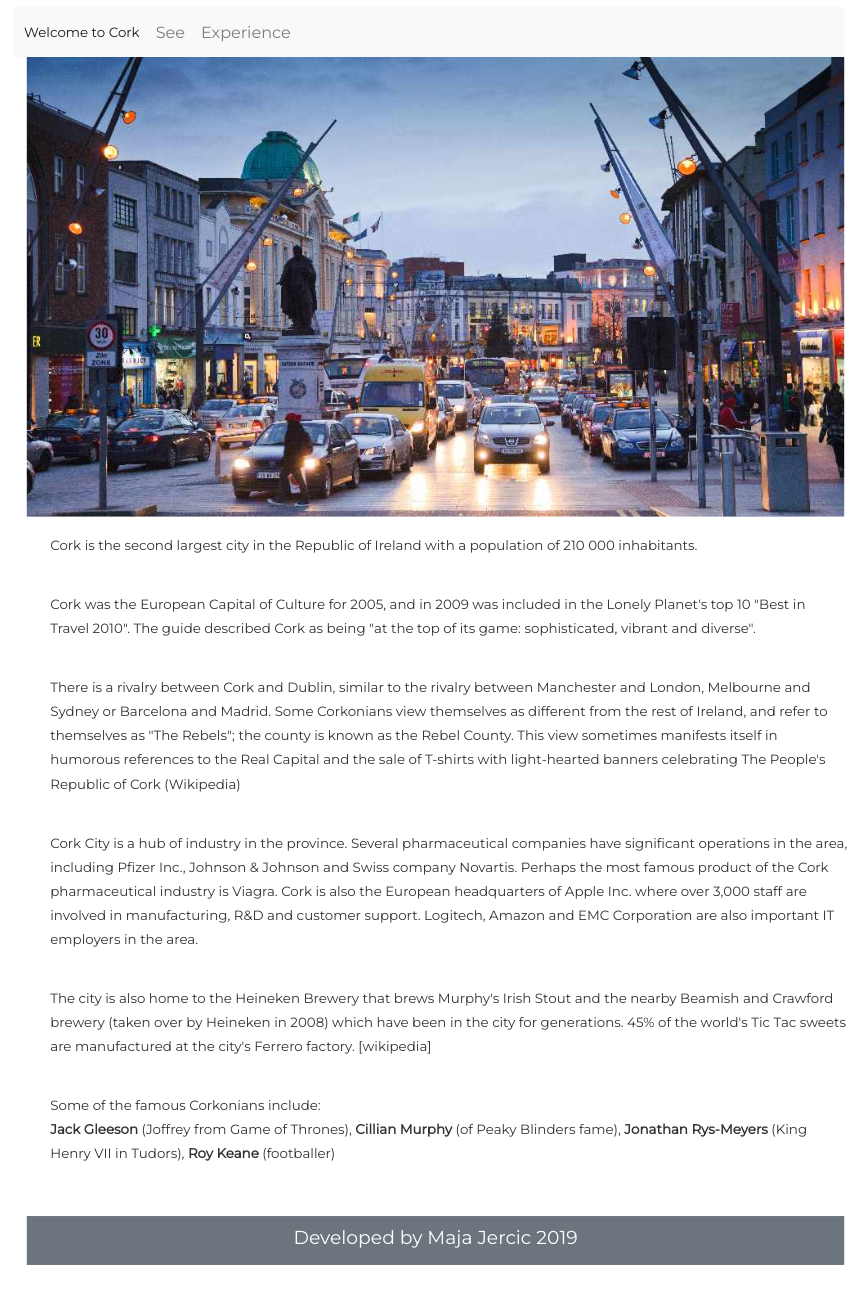
Repository: Maja-Jer/Welcome-to-Cork
Page: index.html
The author's editor kept a record of every edit. The page is drawn from the files as they stood at one moment, then again after the next edit.
The browser window is 1280 px wide. The pictures show the whole page, at 67% of full size.
Some web libraries are served in a nearby version.

Above is the page before.
Console error: TypeError: Cannot read properties of undefined (reading 'fn')

### index.html
<!DOCTYPE html>
<html lang="en">

<head>
    <meta charset="UTF-8">
    <meta name="viewport" content="width=device-width, initial-scale=1">
    <meta http-equiv="X-UA-Compatible" content="ie=edge">
    <link rel="stylesheet" href="https://stackpath.bootstrapcdn.com/bootstrap/4.3.1/css/bootstrap.min.css" integrity="sha384-ggOyR0iXCbMQv3Xipma34MD+dH/1fQ784/j6cY/iJTQUOhcWr7x9JvoRxT2MZw1T" crossorigin="anonymous">
    <script src="https://stackpath.bootstrapcdn.com/bootstrap/4.3.1/js/bootstrap.min.js" integrity="sha384-JjSmVgyd0p3pXB1rRibZUAYoIIy6OrQ6VrjIEaFf/nJGzIxFDsf4x0xIM+B07jRM" crossorigin="anonymous"></script>
    <link rel="stylesheet" href="https://use.fontawesome.com/releases/v5.6.1/css/all.css" integrity="sha384-gfdkjb5BdAXd+lj+gudLWI+BXq4IuLW5IT+brZEZsLFm++aCMlF1V92rMkPaX4PP" crossorigin="anonymous">
    <link href="https://fonts.googleapis.com/css?family=Montserrat" rel="stylesheet">
    <link rel="stylesheet" href="assets/style.css" type="text/css" />
    <title>Welcome to Cork, the REAL capital of Ireland</title>
</head>

<body>

    <!---------------Navgation-------->
    <nav class="navbar navbar-light bg-light navbar-expand-sm">
        <a href="index.html" class="navbar-brand">Welcome to Cork</a>

        <!---------------Dropdown menu-------->
        <button class="navbar-toggler ml-auto" type="button" data-toggle="collapse" data-target="#navbarNavDropdown" aria-controls="navbarNavDropdown" aria-expanded="false" aria-label="Toggle navigation">
        <span class="navbar-toggler-icon"></span></button>

        <div class="collapse navbar-collapse" id="navbarNavDropdown">
            <ul class="navbar-nav mr-auto">
                <li class="nav-item mr-2"><a class="nav-link" href="see.html">See</a></li>
                <li class="nav-item mr-2"><a class="nav-link" href="experience.html">Experience</a></li>

            </ul>
        </div>

    </nav>

    <!--------------- Title -------->
    <div class="title">
        <div class="container-main-photo">
            <img class="img-fluid" src="assets/photos/patrick_street.jpg" alt="Cork City" width=100%>
        </div>




        <!--------------- About Cork -------->

    <div class="container-fluid" id="container-about-cork">
        <p>Cork is the second largest city in the Republic of Ireland with a population of 210 000 inhabitants.</p>
        <br>
        <p>Cork was the European Capital of Culture for 2005, and in 2009 was included in the Lonely Planet's top 10 "Best in Travel 2010". The guide described Cork as being "at the top of its game: sophisticated, vibrant and diverse".
        </p>
        <br>
        <p>There is a rivalry between Cork and Dublin, similar to the rivalry between Manchester and London, Melbourne and Sydney or Barcelona and Madrid. Some Corkonians view themselves as different from the rest of Ireland, and refer to themselves
            as "The Rebels"; the county is known as the Rebel County. This view sometimes manifests itself in humorous references to the Real Capital and the sale of T-shirts with light-hearted banners celebrating The People's Republic of Cork (Wikipedia)
        </p>
        <br>
        <p>Cork City is a hub of industry in the province. Several pharmaceutical companies have significant operations in the area, including Pfizer Inc., Johnson & Johnson and Swiss company Novartis. Perhaps the most famous product of the Cork pharmaceutical
            industry is Viagra. Cork is also the European headquarters of Apple Inc. where over 3,000 staff are involved in manufacturing, R&D and customer support. Logitech, Amazon and EMC Corporation are also important IT employers in the area.
        </p>
        <br>
        <p>The city is also home to the Heineken Brewery that brews Murphy's Irish Stout and the nearby Beamish and Crawford brewery (taken over by Heineken in 2008) which have been in the city for generations. 45% of the world's Tic Tac sweets are manufactured
            at the city's Ferrero factory. [wikipedia]
        </p>
        <br>
        <p>Some of the famous Corkonians include: <br><strong>Jack Gleeson</strong> (Joffrey from Game of Thrones), <strong>Cillian Murphy</strong> (of Peaky Blinders fame), <strong>Jonathan Rys-Meyers</strong> (King Henry VII in Tudors), <strong>Roy Keane</strong>                (footballer)
        </p>
    </div>


     <!--------------- Footer -------->

    <footer class="bg-secondary mt-5 p-3">
        <div class="container-fluid">
            <div class="col-12 text-white">
                <h3>Developed by Maja Jercic 2019</h3>
            </div>
        </div>
    </footer>

    <script src="https://cdnjs.cloudflare.com/ajax/libs/jquery/3.4.1/jquery.slim.min.js"></script>
    <script src="https://cdnjs.cloudflare.com/ajax/libs/popper.js/1.15.0/umd/popper.min.js"></script>
    <script src="https://cdnjs.cloudflare.com/ajax/libs/twitter-bootstrap/4.3.1/js/bootstrap.min.js"></script>

</body>


</html>

### assets/style.css
/*----------------------- header*/

head {
  font-family: 'Roboto', sans-serif;
}

body {
  font: 20px Montserrat, sans-serif;
  line-height: 1.8;
  color: #333;
  display: block;
  padding: 10px 20px 75px 20px;


}

/*----------------------navigation bar*/

ul {
  list-style-type: none;
  margin: 0;
  padding: 0;
  overflow: hidden;
  font-weight: normal;
  font-size: 24px;
}

li {
  float: left;
}

navbar-brand {
  color: black;
}

li a {
  display: block;
  color: white;
  text-align: center;
  padding: 14px 16px;
  text-decoration: none;

}

li a:hover {
  background-color: #9FA8DA;
  color: white;
  text-decoration: none;
  font-weight: bold;
}

/*---------------------end of navigation bar*/




/* ---------------------------------- Article*/
.article {
  position: relative;
  vertical-align: top;
  background-color: #fff
  margin-bottom: 1em;
  max-width: 830px;
  padding: 2em 0 0 0;
  text-align: left;
}

.site-photo {
  position: relative;
  text-align: center;
  margin-bottom: 1.6em;
}

.site-description {
  margin: 2em 5% 2em 5%;
  font-size: 1.1em;
  line-height: 1.7;
  color: #333;
}

@media screen and (max-width: 600px){
.all-sites {
  font-size: 18px;
  margin: 25px 0px 75px 0px;
  padding: 0px;
  }
}

@media screen and (min-width: 600px) {
.all-sites {
  font-size: 20px;
  margin: 25px 20px 75px 20px;
  }
}

/* ---------------------------------- Title*/

.title {
  text-align: left;
  padding-left:20px;
}

.title-row {
  padding-top: 20px;
  padding-bottom: 20px;


}
/* ---------------------------------- Containers*/

.img-fluid {
  min-width: 100%;
  height: auto;
}

.center {
  display: block;
  margin-left: auto;
  margin-right: auto;
  width: 50%;
}


#container-about-cork {
  font-size: 16px;
  margin: 10px 50px 75px;


}
@media screen and (min-width: 600px) {
#container-about-cork {
  font-size: 20px;
  margin: 25px 20px 75px 20px;
  }
}
@media screen and (max-width: 600px) {
#container-about-cork {
  font-size: 14px;
  margin: 25px 0px 75px 0px;
  padding: 0px;
  }
}

.container-ucc-campus {

}



/*---------------------footer*/

.p-3 {
    padding: 1rem!important;
}

.mt-5, .my-5 {
    margin-top: 3rem!important;

}

.bg-secondary {
    background-color: #6c757d!important;
}

.footer {
  width: 100%;
  margin-right: auto;
  margin-left: auto;
}

.text-white {
  color: #fff!important;
}

.col-12 {
  -ms-flex: 0 0 100%;
  flex: 0 0 100%;
  max-width: 100%;
  text-align: center;
}

After the next edit:
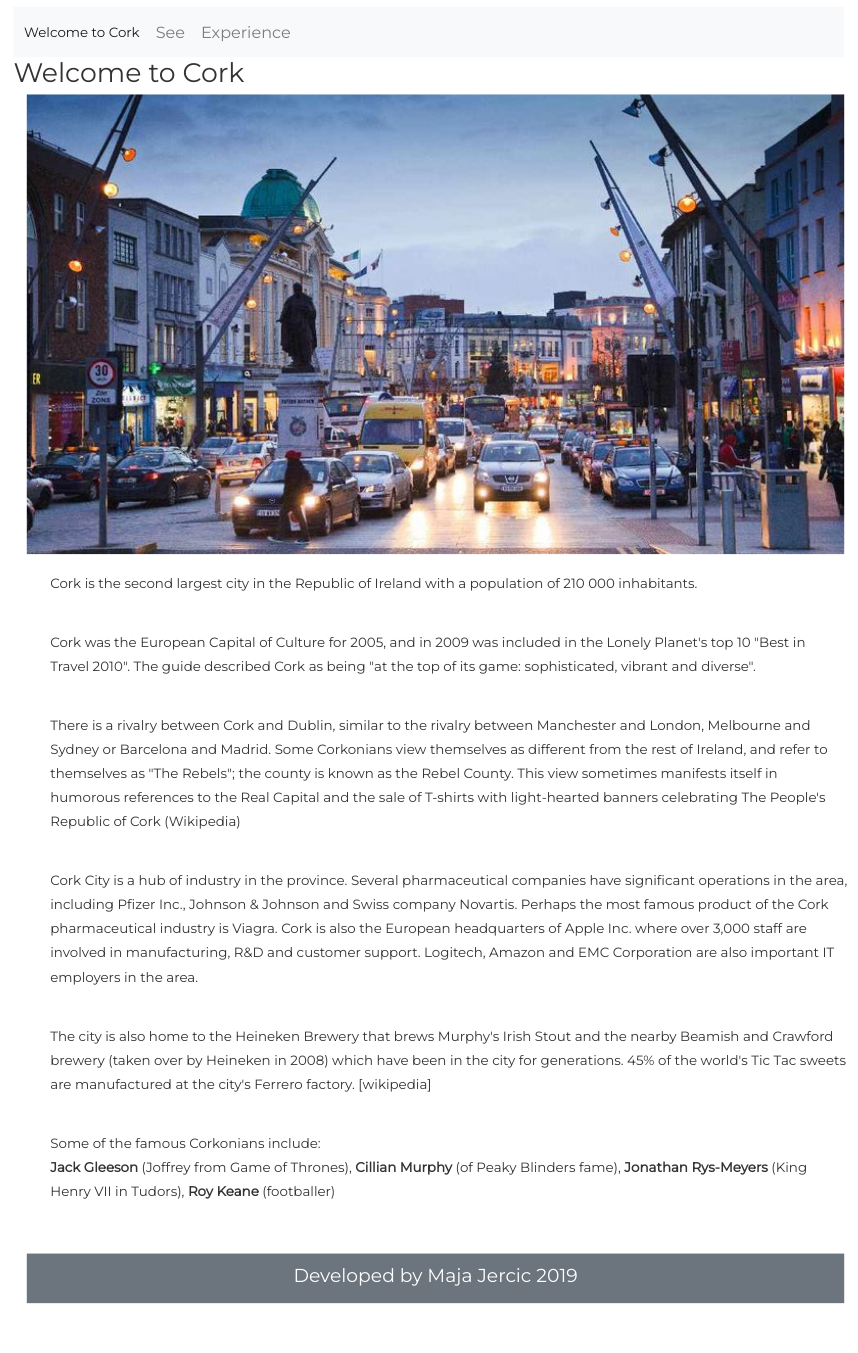
The edit:
--- a/index.html
+++ b/index.html
@@ -34,10 +34,16 @@
     </nav>
 
     <!--------------- Title -------->
+
+    <h1 class= "introduction"> Welcome to Cork</h1>
+
     <div class="title">
         <div class="container-main-photo">
-            <img class="img-fluid" src="assets/photos/patrick_street.jpg" alt="Cork City" width=100%>
+            <img class="img-fluid" src="assets/photos/patrick_street1.jpg" alt="Cork City" width=100%>
         </div>
+
+
+
 
 
 
